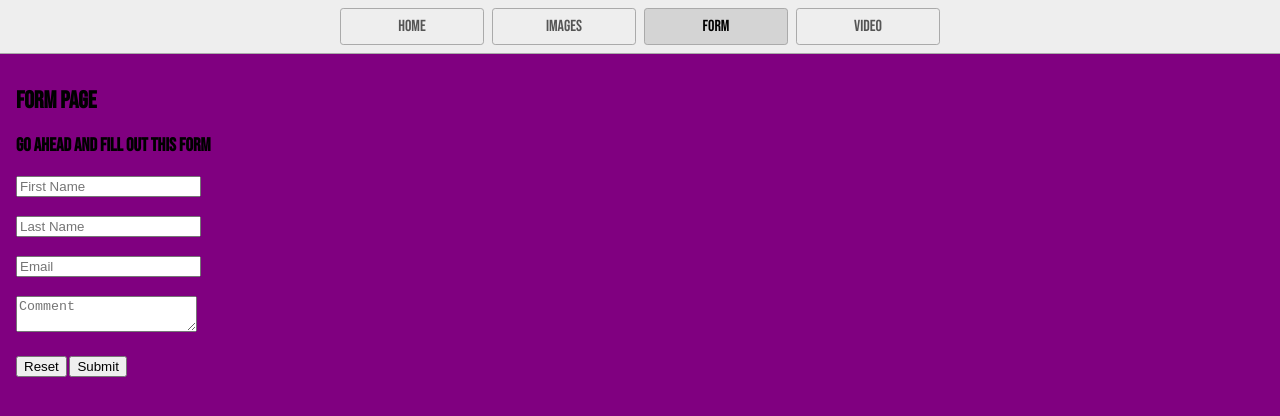
Repository: sebas6292/palmTree-Final
Page: Form.html
These files come from the project's save history. The page is drawn as it stood at one moment and after the next save; the edit follows.
The browser window is 1280 px wide. The pictures show the whole page.

Above is the page before, as saved 2023-05-27 19:42:54.

After the next save:
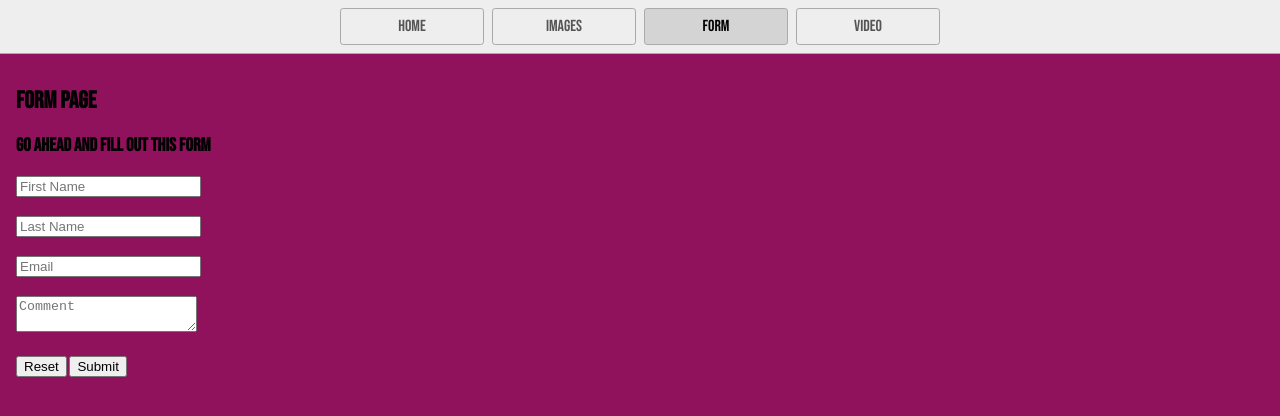
Saved 13 h 33 min later.
--- a/styles.css
+++ b/styles.css
@@ -17,7 +17,7 @@
   body {
     background-color: white;
     animation-name: body;
-    animation-duration: 10s;
+    animation-duration: 15s;
   }
 
   nav {
